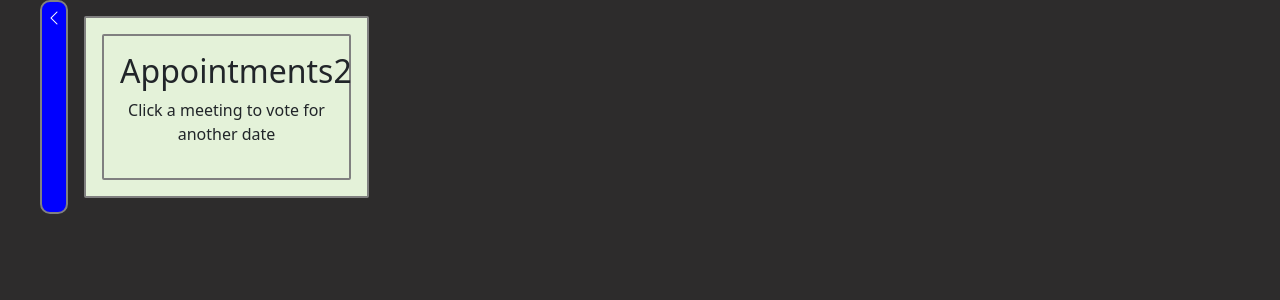
Repository: wlichon/Semesterprojekt
Page: index.html
An editor plug-in stored every save of this project. The page is shown before and after the next save, followed by the edit.
The browser window is 1280 px wide. The pictures show the whole page.
The page's requests for data from a server got no answer. Some web libraries are served in a nearby version.

Above is the page before, as saved 2022-04-22 17:50:17.

### index.html
<!DOCTYPE html>
<html lang="en">
<head>
    <link href="https://cdn.jsdelivr.net/npm/bootstrap@5.1.3/dist/css/bootstrap.min.css" rel="stylesheet" integrity="sha384-1BmE4kWBq78iYhFldvKuhfTAU6auU8tT94WrHftjDbrCEXSU1oBoqyl2QvZ6jIW3" crossorigin="anonymous">
    <link rel="stylesheet" href="https://cdn.jsdelivr.net/npm/bootstrap-icons@1.8.1/font/bootstrap-icons.css">
    <script
    src="https://code.jquery.com/jquery-3.6.0.min.js"
    integrity="sha256-/xUj+3OJU5yExlq6GSYGSHk7tPXikynS7ogEvDej/m4="
    crossorigin="anonymous"></script>
    <script src="https://cdnjs.cloudflare.com/ajax/libs/jqueryui/1.12.1/jquery-ui.min.js" integrity="sha512-uto9mlQzrs59VwILcLiRYeLKPPbS/bT71da/OEBYEwcdNUk8jYIy+D176RYoop1Da+f9mvkYrmj5MCLZWEtQuA==" crossorigin="anonymous" referrerpolicy="no-referrer"></script>
    <meta charset="UTF-8">
    <meta http-equiv="X-UA-Compatible" content="IE=edge">
    <meta name="viewport" content="width=device-width, initial-scale=1.0">
    <link rel="stylesheet" href="frontend/css/mystyle.css">
    <script src="frontend/script/script.js" defer></script>
    <title>Appointment Finder</title>
</head>
<body class="d-flex justify-content-center">
    <div class='btn btn-primary col-auto p-1' id='lslide'><i class='bi bi-chevron-left'></i></div>
      <div class="container m-3 d-flex justify-content-center">
            <div class="events row flex-grow-1" id="events">
                <div class="col-md-3 d-flex justify-content-between" style="flex-direction: column">

                        <div class="col">
                           <h2 class="align-self-center">Appointments2</h2>
                           <p class="">Click a meeting to vote for another date</p>
                        </div>


                </div>
             </div>

            <div class="appointments row flex-grow-1" id="appointments">
                <div class="col-md d-flex justify-content-between" style="flex-direction: column">
                    <div class="row h-80">
                        <div class="col">
                           <h2 class="align-self-center">Options</h2>
                        </div>
                    </div>
                    <div class="row inputs h-20 align-self-bottom">
                        <div class="col-md">
                            <i class="bi bi-person-circle m-1"></i><input type="text" placeholder="Name">
                        </div>
                    </div>
                </div>




                <!--
                <div class="col-md">
                    <div class="row h-80">
                        <div class="col wrapper">
                            <h4>Dez</h4>
                            <h3>23</h3>
                            <p>Mi</p>
                            <p>11:40</p>
                            <p>13:00</p>
                        </div>
                    </div>
                    <div class="row inputs h-20">
                        <div class="col-md"><input class="form-check-input" type="checkbox" value=""></div>
                    </div>


                </div>
                <div class="btn btn-primary col-auto p-1" id="lslide">
                    <i class="bi bi-chevron-left"></i>
                </div>

                <div class="row mt-5 comment">
                    <div class="input-group input-group-lg">
                        <span class="input-group-text" id="inputGroup-sizing-lg">Comment</span>
                        <input type="text" class="form-control" aria-label="Sizing example input" aria-describedby="inputGroup-sizing-lg">
                        <button class="btn btn-outline-secondary bg-primary text-white" type="button" id="submit">Submit</button>
                    </div>
                </div>
            -->
            </div>

            </div>



    <script src="https://cdn.jsdelivr.net/npm/bootstrap@5.1.3/dist/js/bootstrap.bundle.min.js" integrity="sha384-ka7Sk0Gln4gmtz2MlQnikT1wXgYsOg+OMhuP+IlRH9sENBO0LRn5q+8nbTov4+1p" crossorigin="anonymous"></script>
</body>
</html>

### frontend/css/mystyle.css
[class*="col"]{
    text-align:center;
    border: 2px solid grey;
    padding: 1rem;
    border-radius: 2px;
    background-color:rgb(228, 242, 217);
}

.bi-person-circle{
    font-size: 1.5rem;
}

.inputs > div{
    background-color: rgb(89, 209, 61);
}

body{
    background-color:rgb(45, 44, 44);
}

.wrapper{
    border-radius: 5px;
    border: none;
    background-color: lightcyan;
}

.container{
    border-radius: 5px;
}

#lslide{
    background-color:blue;
    border-radius:10px;
}

.event{
    cursor: pointer;
}

.event:hover{
    background-color:blue;
}

.noevent:hover{
    pointer-events: none;
}

### frontend/script/script.js
"use strict";
var months = ["Jan", "Feb", "Mar", "Apr", "May", "Jun", "Jul", "Aug", "Sep", "Oct", "Nov", "Dec"];
var days = ["Mon", "Tue", "Wed", "Thu", "Fri", "Sat", "Sun"];
var slidebutton = "<div class='btn btn-primary col-auto p-1' id='lslide'><i class='bi bi-chevron-left'></i></div>";
var commentbar = "<div class='row mt-5 comment'><div class='input-group input-group-lg'><span class='input-group-text' id='inputGroup-sizing-lg'>Comment</span><input type='text' class='form-control' aria-label='Sizing example input' aria-describedby='inputGroup-sizing-lg'><button class='btn btn-outline-secondary bg-primary text-white' type='button' id='submit'>Submit</button></div></div>";
$(function () {
    $("#appointments").hide();
    $("#events").hide();
    $.ajax({
        type: "GET",
        url: "backend/serviceHandler.php",
        cache: false,
        data: { function: "loadAppointments" },
        dataType: "json",
        success: function (response) {
            // bei sucess liefert loadAppointments ein Array mit den ganzen Appointments in dem Format:
            //  Appointment("25-06-2027", "Meeting4", "22-05-2025 19:30:00", "18:00", "18:30", [2, 3]) also:
            // Appointment("Tag-Monat-Jahr", "MeetingNummer", "ExpirationDate", "UhrzeitBeginn", "Uhrzeitende", "OptionsID");
            // Appointment ($date,$title,$votingExpirationDate,$begin,$end,$optionIDs)3222
            console.log("success");
            $.each(response, function (i, val) {
                var counter = 1;
                var date = new Date(val["date"]["date"]);
                var month = months[date.getMonth()];
                var day = days[date.getDay()];
                var dayOfMonth = date.getDate();
                var year = date.getFullYear();
                var expiration = val["votingExpirationDate"]["date"].substr(0, 19);
                var begin = val["begin"]["date"].substr(11).substr(0, 8);
                var end = val["end"]["date"].substr(11).substr(0, 8);
                var id = val["optionIDs"];
                $("#events").append("<div class='col-md-2 event' id =" + counter + " + data=" + id + ">" +
                    "<div class='col wrapper'>" +
                    "<h2>" + val["title"] + "</h2>" +
                    "<h4>" + month + "</h4>" +
                    "<h3>" + dayOfMonth + "</h3>" +
                    "<p>" + day + "</p>" +
                    "<p>Begins: " + begin + "</p>" +
                    "<p>Ends: " + end + "</p>" +
                    "<h6><p>Voting ends:</p>" +
                    "<p>" + expiration + "</p></h6>" +
                    "</div> </div>");
                var isexpired = new Date(expiration);
                var today = new Date();
                if (isexpired <= today) {
                    $("#" + counter).append("<h5 class = 'mt-3' > abgelaufen! </h5>");
                    $("#" + counter).attr("class", "col-md-2 noevent");
                }
                counter++;
            });
        },
        complete: function () {
            $(".event").on('click', function (e) {
                var self = e.currentTarget; // Element was das Klick getriggert hat
                $("#events").hide("slide", { direction: "left" }, 1000, function () {
                    console.log(self);
                    var optionIDs_string = self.getAttribute("data");
                    var optionIDs = Array.from(optionIDs_string.split(","));
                    console.log(optionIDs);
                    $.ajax({
                        type: "GET",
                        url: "backend/serviceHandler.php",
                        cache: false,
                        data: { function: "loadOptions", param: optionIDs },
                        dataType: "json",
                        success: function (response) {
                            console.log("success");
                            console.log(response);
                            $.each(response, function (i, val) {
                                var date = new Date(val["date"]["date"]);
                                console.log("loop");
                                var month = months[date.getMonth()];
                                var day = days[date.getDay()];
                                var dayOfMonth = date.getDate();
                                var year = date.getFullYear();
                                var begin = val["begin"]["date"].substr(11).substr(0, 8);
                                var end = val["end"]["date"].substr(11).substr(0, 8);
                                $("#appointments").append("<div class='col-md'>" +
                                    "<div class='col-md event'>" +
                                    "<div class='col wrapper'>" +
                                    "<h4>" + month + "</h4>" +
                                    "<h3>" + dayOfMonth + "</h3>" +
                                    "<p>" + day + "</p>" +
                                    "<p>Begins: " + begin + "</p>" +
                                    "<p>Ends: " + end + "</p>" +
                                    "</div></div>" +
                                    "<div class='row inputs h-20'>" +
                                    "<div class='col-md'><input class='form-check-input' type='checkbox' value=''></div></div></div>");
                            });
                            $("#appointments").append(slidebutton + commentbar);
                            $("#lslide").on('click', slidebar);
                        },
                        error: function (response) {
                            console.log("failure");
                        }
                    }),
                        setTimeout(function () { return $("#appointments").show("slide", 1000); }, 100);
                });
            });
            $("#events").show("slide", 1000);
        },
        error: function (e) {
            console.log("failure");
        }
    });
    console.log("hi");
    $("#submit").on('click', function () {
        console.log($("#test").prop("checked"));
    });
});
var optionNameInput = '<div class="col-md d-flex justify-content-between" style="flex-direction: column">' +
    '<div class="row h-80">' +
    '<div class="col">' +
    '<h2 class="align-self-center">Options</h2>' +
    '</div>' +
    '</div>' +
    '<div class="row inputs h-20 align-self-bottom">' +
    '<div class="col-md">' +
    '<i class="bi bi-person-circle m-1"></i><input type="text" placeholder="Name">' +
    '</div>' +
    '</div>' +
    '</div>';
function slidebar() {
    $("#appointments").hide("slide", { direction: "left" }, 1000, function () {
        $("#appointments").empty().append(optionNameInput);
        $("#events").show("slide", 1000);
    });
}

After the next save:
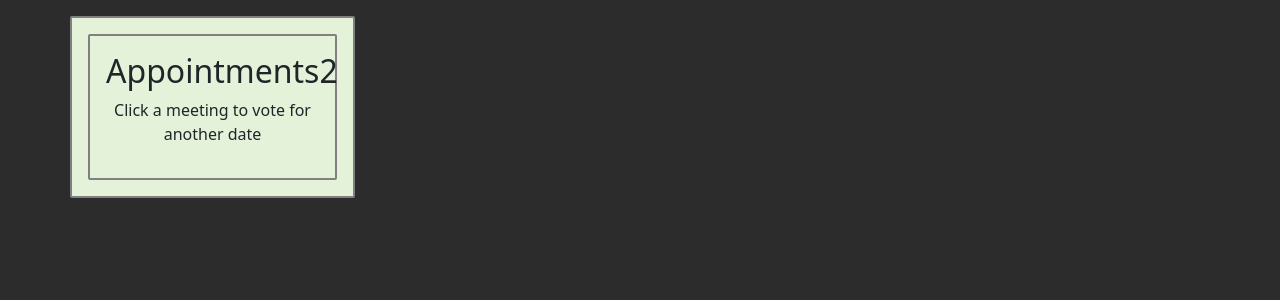
Saved 19 s later.
--- a/index.html
+++ b/index.html
@@ -16,7 +16,6 @@
     <title>Appointment Finder</title>
 </head>
 <body class="d-flex justify-content-center">
-    <div class='btn btn-primary col-auto p-1' id='lslide'><i class='bi bi-chevron-left'></i></div>
       <div class="container m-3 d-flex justify-content-center">
             <div class="events row flex-grow-1" id="events">
                 <div class="col-md-3 d-flex justify-content-between" style="flex-direction: column">

After the 2 saves that followed:
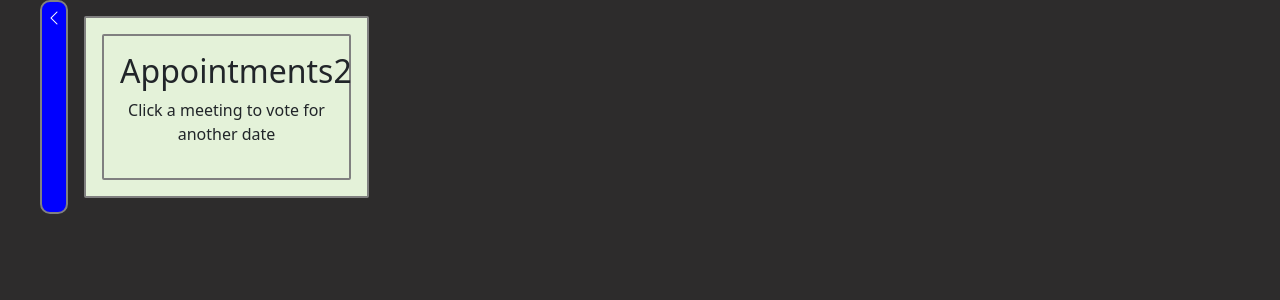
The 2 saves are shown as one change because 1 left the picture as it was.
The last was saved 19 s later.
--- a/index.html
+++ b/index.html
@@ -16,6 +16,7 @@
     <title>Appointment Finder</title>
 </head>
 <body class="d-flex justify-content-center">
+    <div class='btn btn-primary col-auto p-1' id='lslide'><i class='bi bi-chevron-left'></i></div>
       <div class="container m-3 d-flex justify-content-center">
             <div class="events row flex-grow-1" id="events">
                 <div class="col-md-3 d-flex justify-content-between" style="flex-direction: column">
@@ -41,6 +42,7 @@
                             <i class="bi bi-person-circle m-1"></i><input type="text" placeholder="Name">
                         </div>
                     </div>
+
                 </div>
 
 
